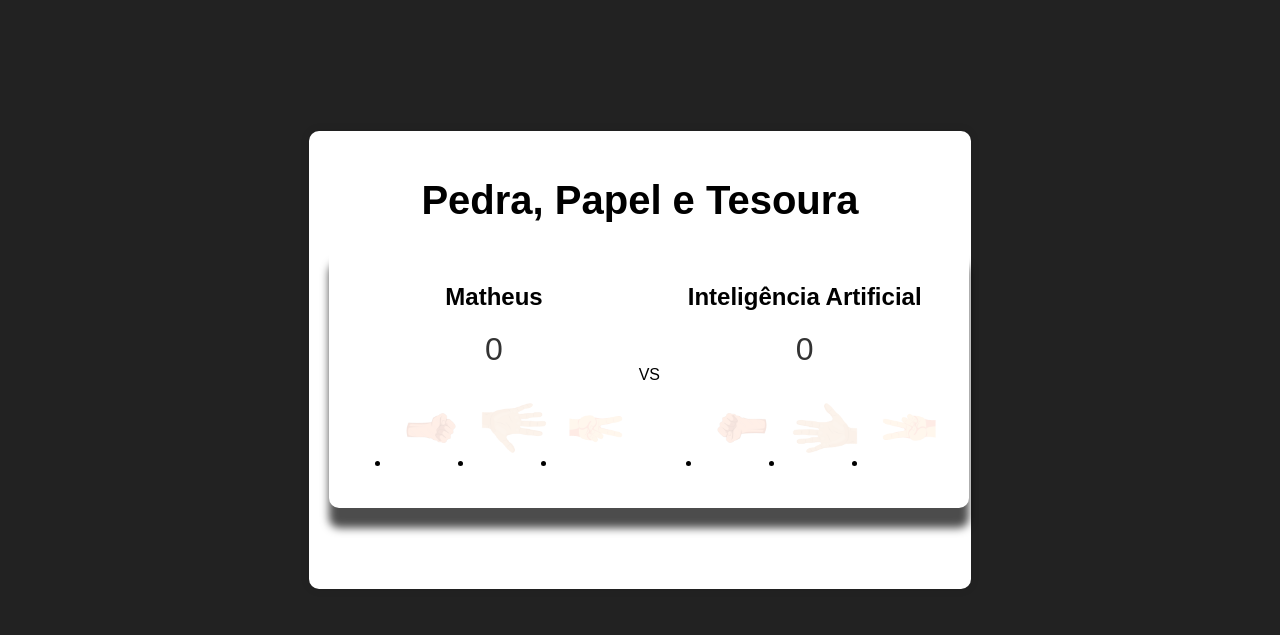
Repository: Matheus904-12/Pedra-Papel
Page: index.html
These files come from the project's save history. The page is drawn as it stood at one moment and after the next save; the edit follows.
The browser window is 1280 px wide. The pictures show the whole page.

Above is the page before, as saved 2023-08-28 22:21:20.

After the next save:
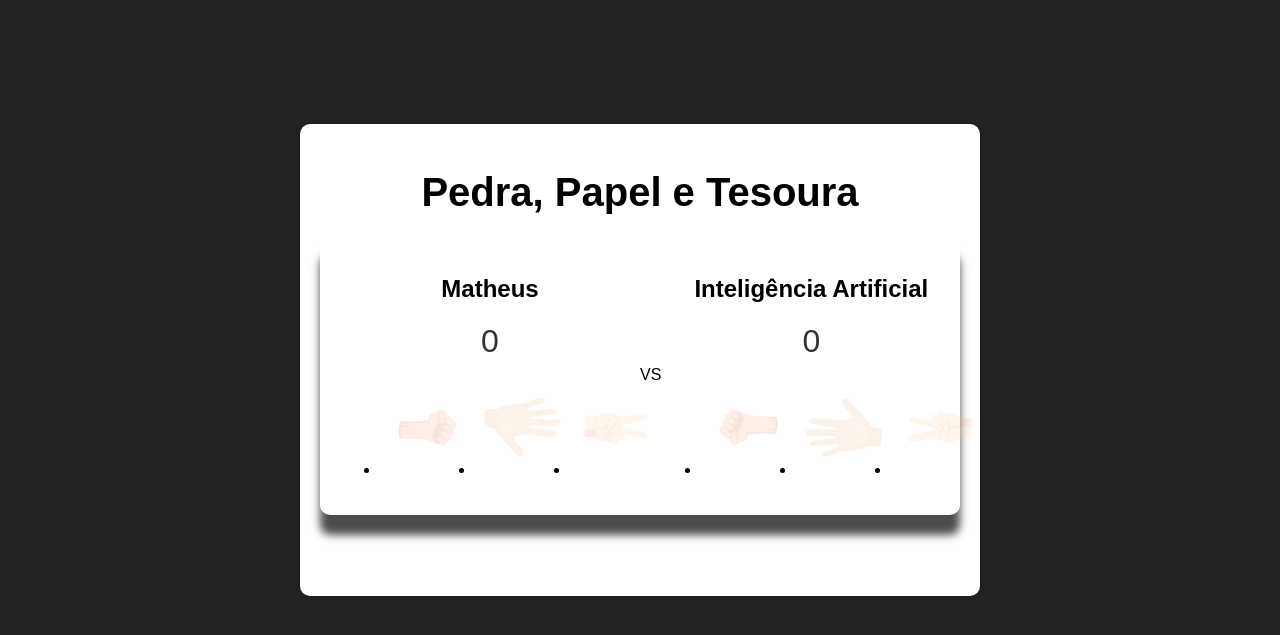
Saved 11 s later.
--- a/style.css
+++ b/style.css
@@ -77,7 +77,7 @@ body {
 }
 
 .escolhas img {
-    max-width: 80px;
+    max-width: 95px;
     cursor: pointer;
     transition: transform 0.3s ease;
 }
